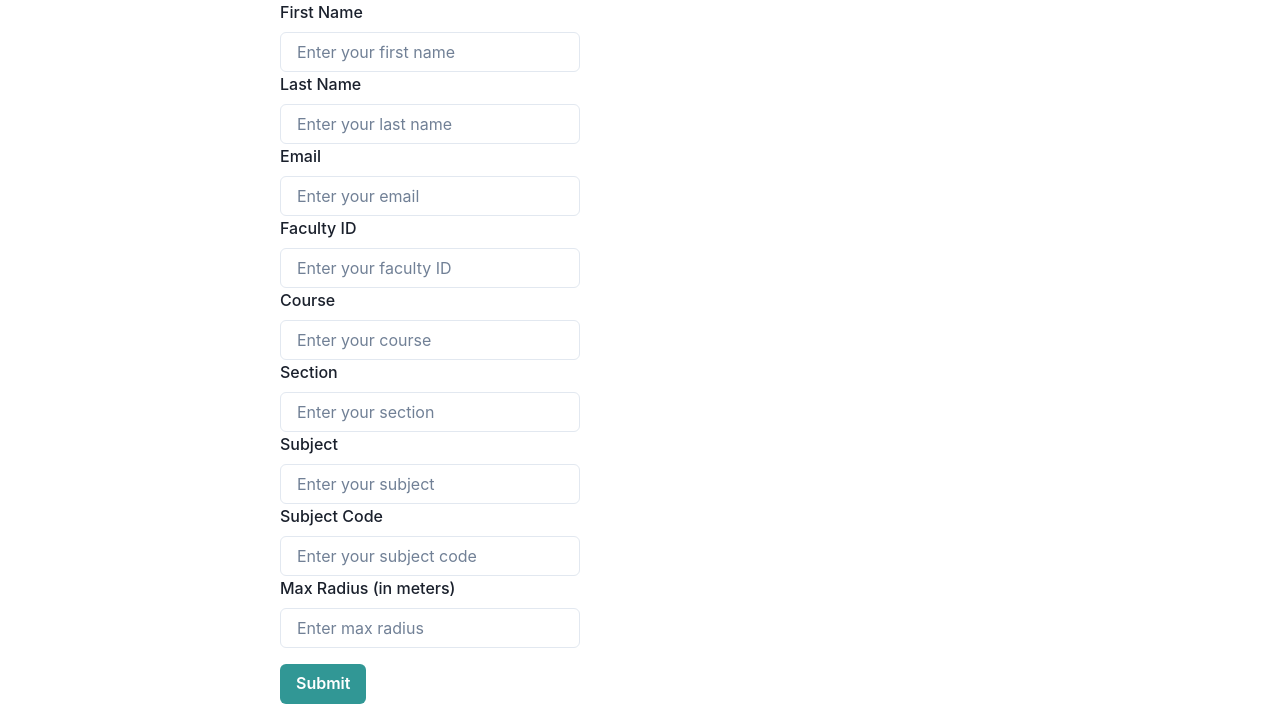
Repository: shash0708/attendence
Page: /form
The author's editor kept a copy of each file at every save. The page is drawn from the files as they stood at one save, then again after the next save.
The browser window is 1280 px wide. The pictures show the whole page.
The project was rebuilt for these pictures with package versions that can differ from the ones it lists, and the page was loaded fresh each time. Also part of the build but not shown: src/App.css, client/src/components/Navbar/Navbar.component.jsx, src/components/Button/Button.component.jsx, src/components/Login/Login.component.jsx, src/components/homeProp/HomeProp.styles.scss, src/components/homeProp/HomeProp.component.jsx, src/routes/Home/Home.styles.scss, src/routes/Home/Home.component.jsx and 2 more.

Above is the page before, as saved 2024-04-06 22:00:01.

### src/index.js
import React from 'react';
import ReactDOM from 'react-dom/client';
import './index.css';
import App from './App';
import reportWebVitals from './reportWebVitals';
import { BrowserRouter } from 'react-router-dom';
import { ChakraProvider } from '@chakra-ui/react'

const root = ReactDOM.createRoot(document.getElementById('root'));
root.render(
  <React.StrictMode>
  <BrowserRouter>
<ChakraProvider>
    <App />
    </ChakraProvider>
    </BrowserRouter>

  </React.StrictMode>
);

// If you want to start measuring performance in your app, pass a function
// to log results (for example: reportWebVitals(console.log))
// or send to an analytics endpoint. Learn more: https://bit.ly/CRA-vitals
reportWebVitals();

### src/App.js
import './App.css';
import Home from './routes/Home/Home.component.jsx'
import { Routes,Route} from 'react-router-dom';
import Authentication from './routes/Authentication/Authentication.component';
import Form from './components/Form/From.component.jsx';

function App() {
  return (
    <Routes>
    <Route index element={<Home/>}/>

    <Route path='auth' element={<Authentication/>}/>
    <Route path='form' element={<Form/>}/>
    </Routes>
  );
}

export default App;

### src/components/Form/From.component.jsx
import { useForm } from 'react-hook-form'
import {
  FormErrorMessage,
  FormLabel,
  FormControl,
  Input,
  Button,
  Box,
} from '@chakra-ui/react'

export default function Form() {
  const {
    handleSubmit,
    register,
    formState: { errors, isSubmitting },
  } = useForm()

  function onSubmit(values) {
    return new Promise((resolve) => {
      setTimeout(() => {
        alert(JSON.stringify(values, null, 2))
        resolve()
      }, 3000)
    })
  }

  return (
    <Box width="300px" marginRight="700" marginLeft="auto">
    <form onSubmit={handleSubmit(onSubmit)}>
    <FormControl isInvalid={errors.firstName}>
      <FormLabel htmlFor='firstName'>First Name</FormLabel>
      <Input
        id='firstName'
        placeholder='Enter your first name'
        {...register('firstName', {
          required: 'This field is required',
          minLength: { value: 4, message: 'Minimum length should be 4' },
        })}
      />
      <FormErrorMessage>
        {errors.firstName && errors.firstName.message}
      </FormErrorMessage>
    </FormControl>
    <FormControl isInvalid={errors.lastName}>
      <FormLabel htmlFor='lastName'>Last Name</FormLabel>
      <Input
        id='lastName'
        placeholder='Enter your last name'
        {...register('lastName', {
          required: 'This field is required',
          minLength: { value: 4, message: 'Minimum length should be 4' },
        })}
      />
      <FormErrorMessage>
        {errors.lastName && errors.lastName.message}
      </FormErrorMessage>
    </FormControl>
    <FormControl isInvalid={errors.email}>
      <FormLabel htmlFor='email'>Email</FormLabel>
      <Input
        id='email'
        type='email'
        placeholder='Enter your email'
        {...register('email', {
          required: 'This field is required',
          pattern: {
            value: /^[A-Z0-9._%+-]+@[A-Z0-9.-]+\.[A-Z]{2,}$/i,
            message: 'Invalid email address',
          },
        })}
      />
      <FormErrorMessage>
        {errors.email && errors.email.message}
      </FormErrorMessage>
    </FormControl>
    <FormControl isInvalid={errors.facultyId}>
      <FormLabel htmlFor='facultyId'>Faculty ID</FormLabel>
      <Input
        id='facultyId'
        placeholder='Enter your faculty ID'
        {...register('facultyId', {
          required: 'This field is required',
          minLength: { value: 4, message: 'Minimum length should be 4' },
        })}
      />
      <FormErrorMessage>
        {errors.facultyId && errors.facultyId.message}
      </FormErrorMessage>
    </FormControl>
    <FormControl isInvalid={errors.course}>
      <FormLabel htmlFor='course'>Course</FormLabel>
      <Input
        id='course'
        placeholder='Enter your course'
        {...register('course', {
          required: 'This field is required',
          minLength: { value: 4, message: 'Minimum length should be 4' },
        })}
      />
      <FormErrorMessage>
        {errors.course && errors.course.message}
      </FormErrorMessage>
    </FormControl>
    <FormControl isInvalid={errors.section}>
      <FormLabel htmlFor='section'>Section</FormLabel>
      <Input
        id='section'
        placeholder='Enter your section'
        {...register('section', {
          required: 'This field is required',
          minLength: { value: 4, message: 'Minimum length should be 4' },
        })}
      />
      <FormErrorMessage>
        {errors.section && errors.section.message}
      </FormErrorMessage>
    </FormControl>
    <FormControl isInvalid={errors.subject}>
      <FormLabel htmlFor='subject'>Subject</FormLabel>
      <Input
        id='subject'
        placeholder='Enter your subject'
        {...register('subject', {
          required: 'This field is required',
          minLength: { value: 4, message: 'Minimum length should be 4' },
        })}
      />
      <FormErrorMessage>
        {errors.subject && errors.subject.message}
      </FormErrorMessage>
    </FormControl>
    <FormControl isInvalid={errors.subjectCode}>
      <FormLabel htmlFor='subjectCode'>Subject Code</FormLabel>
      <Input
        id='subjectCode'
        placeholder='Enter your subject code'
        {...register('subjectCode', {
          required: 'This field is required',
          minLength: { value: 4, message: 'Minimum length should be 4' },
        })}
      />
      <FormErrorMessage>
        {errors.subjectCode && errors.subjectCode.message}
      </FormErrorMessage>
    </FormControl>
    <FormControl isInvalid={errors.maxRadius}>
      <FormLabel htmlFor='maxRadius'>Max Radius (in meters)</FormLabel>
      <Input
        id='maxRadius'
        placeholder='Enter max radius'
        type='number'
        {...register('maxRadius', {
          required: 'This field is required',
          minLength: { value: 4, message: 'Minimum length should be 4' },
        })}
      />
      <FormErrorMessage>
        {errors.maxRadius && errors.maxRadius.message}
      </FormErrorMessage>
    </FormControl>
    <Button mt={4} colorScheme='teal' isLoading={isSubmitting} type='submit'>
      Submit
    </Button>
  </form>
    </Box>
  )
}

Loaded but not shown: public/index.html (common file); src/index.css (common file); src/reportWebVitals.js (common file)

After the next save:
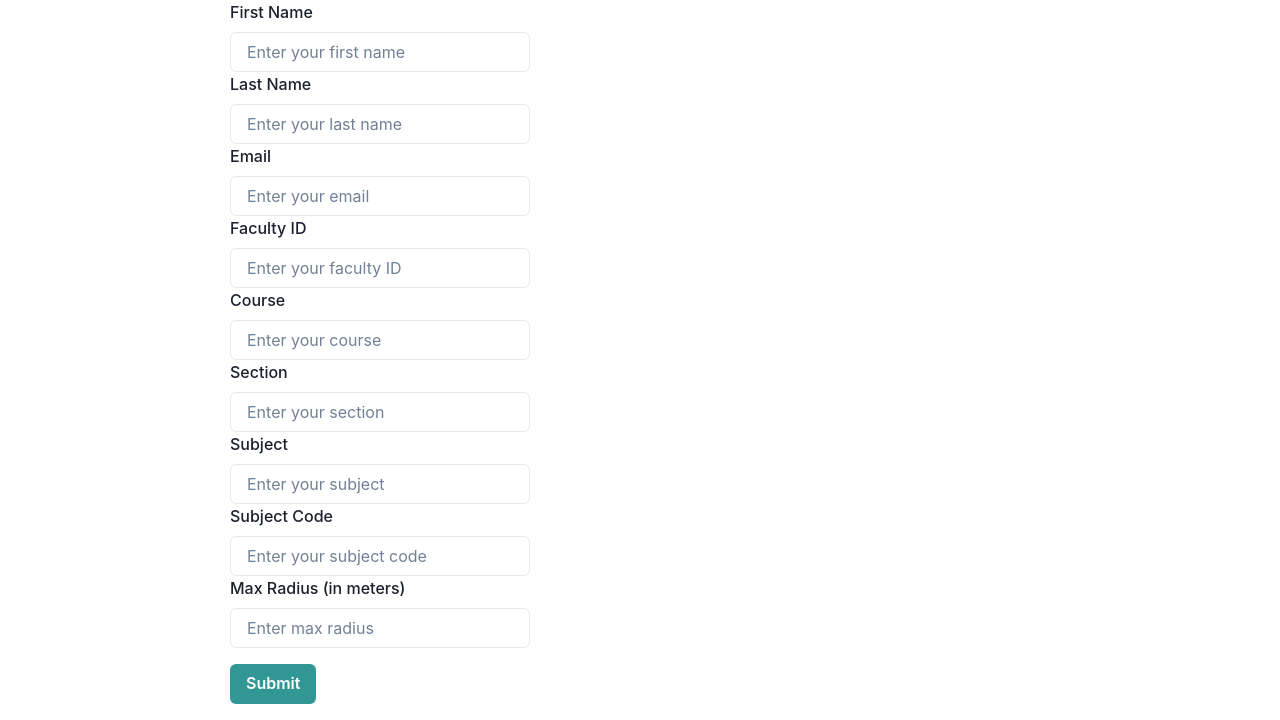
Saved 9 s later.
--- a/src/components/Form/From.component.jsx
+++ b/src/components/Form/From.component.jsx
@@ -25,7 +25,7 @@ export default function Form() {
   }
 
   return (
-    <Box width="300px" marginRight="700" marginLeft="auto">
+    <Box width="300px" marginRight="750" marginLeft="auto">
     <form onSubmit={handleSubmit(onSubmit)}>
     <FormControl isInvalid={errors.firstName}>
       <FormLabel htmlFor='firstName'>First Name</FormLabel>
